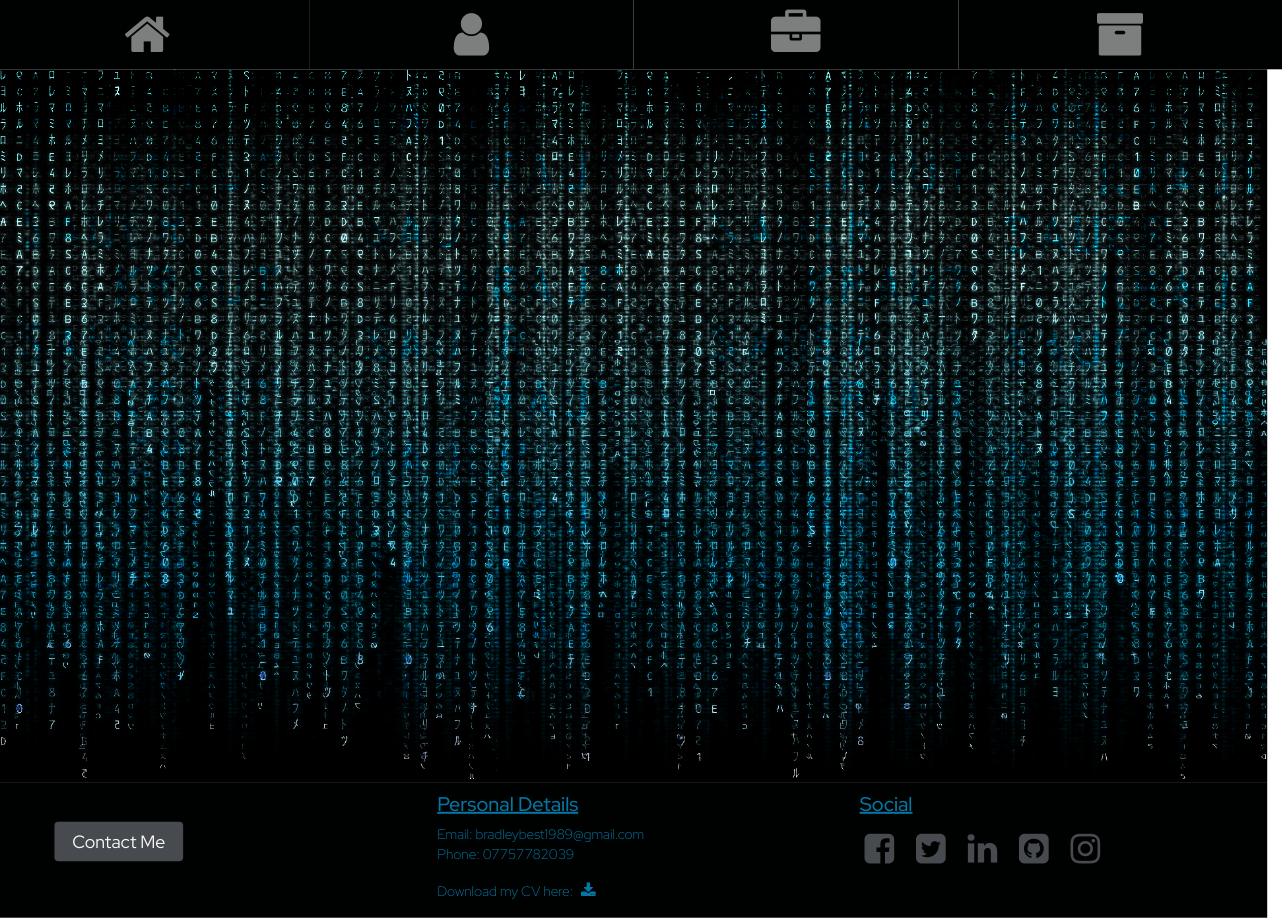
Repository: Brad000/Resume-project
Page: index.html
The author's editor kept a record of every edit. The page is drawn from the files as they stood at one moment, then again after the next edit.
The browser window is 1280 px wide. The page is 1295 px wide, so the pictures cover 1295 px, including what lies to the right of the window. The pictures show the whole page, at 99% of full size.

Above is the page before.

After the next edit:
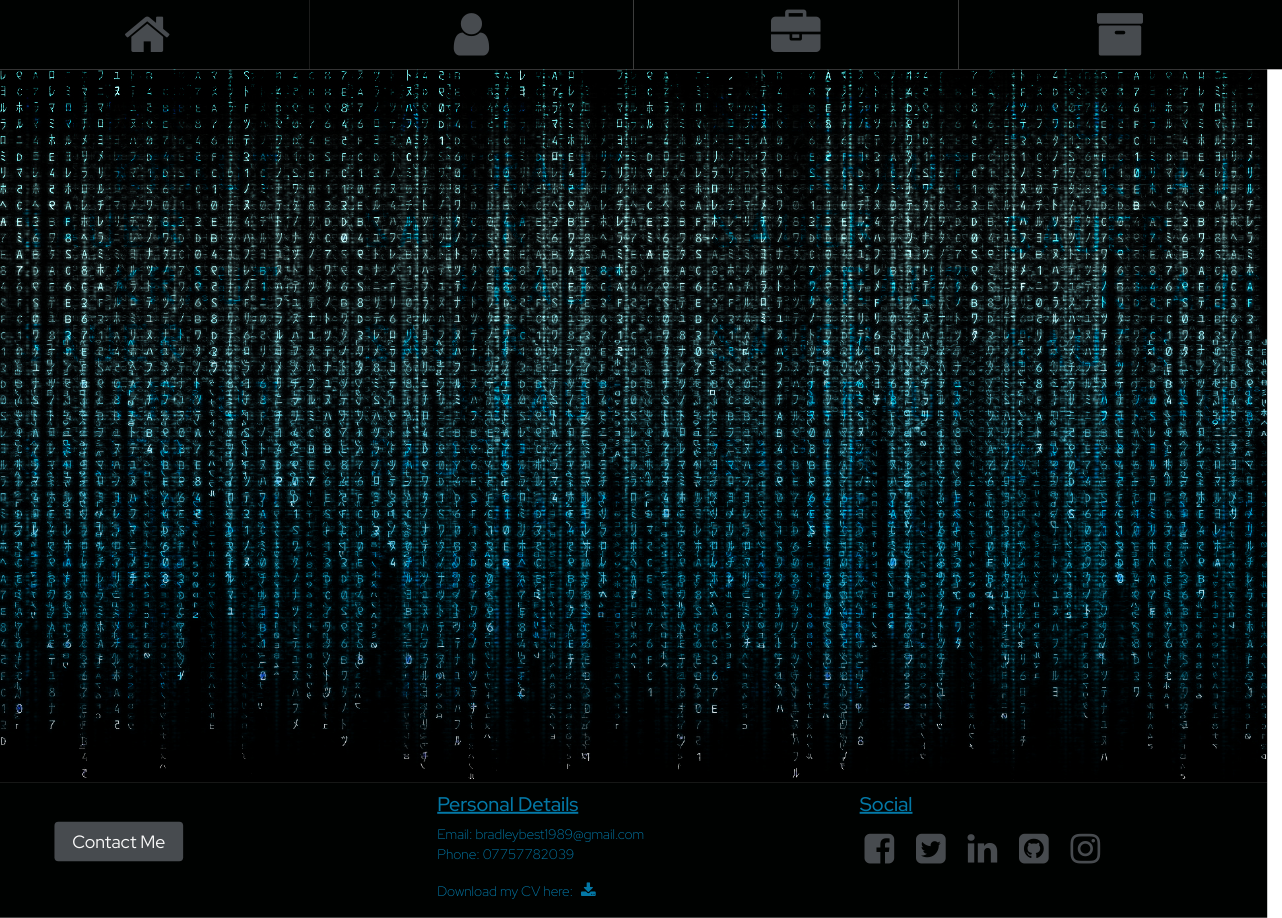
The edit:
--- a/assets/css/style.css
+++ b/assets/css/style.css
@@ -20,8 +20,7 @@
 
 .fa-home, .fa-user, .fa-archive, .fa-briefcase{
   font-size: 50px;
-  color: #fafafa;
-  opacity: 0.5;
+  color: #474b4f;
   padding: 10px;
 }
 
